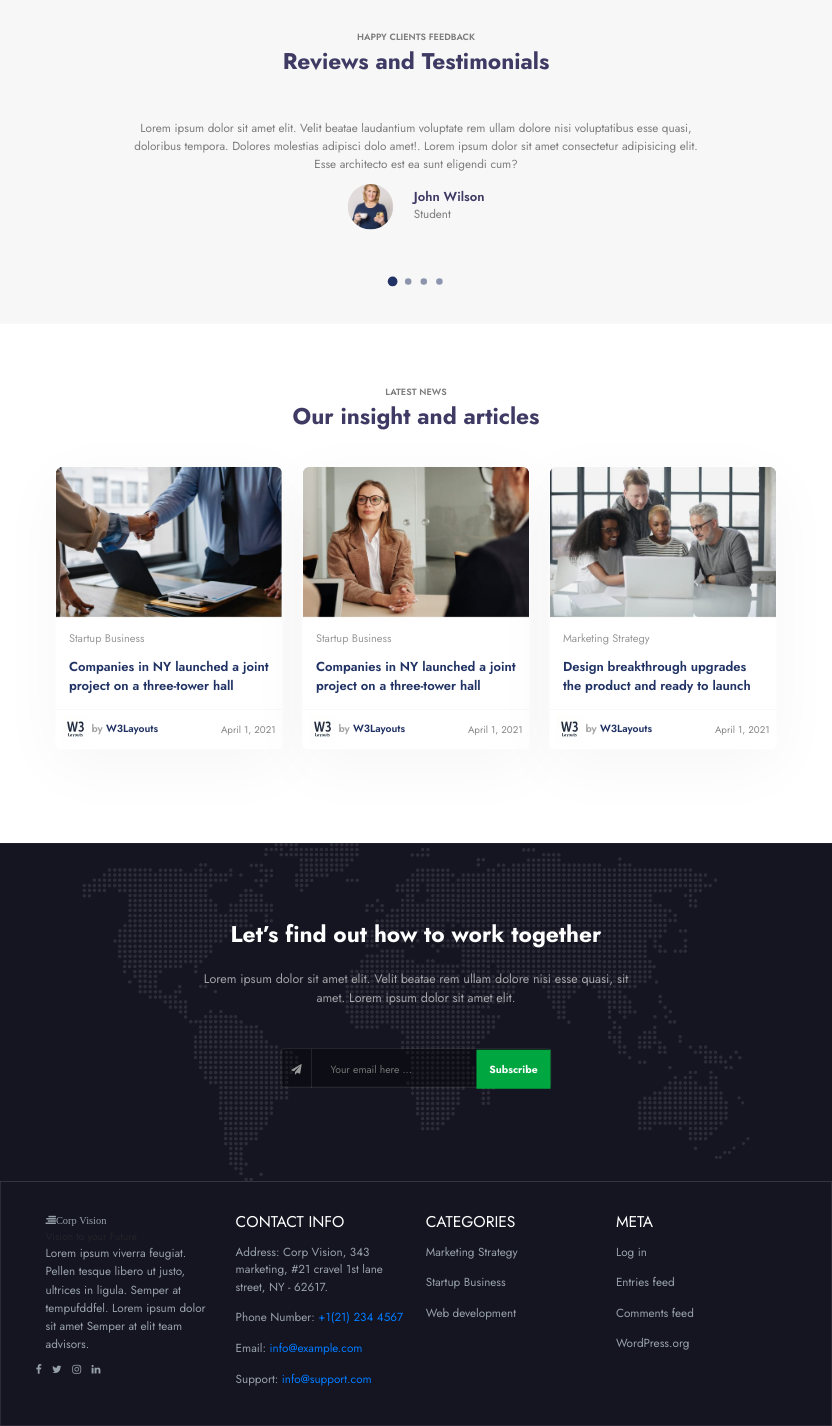
Repository: khaipnp/corpvision
Page: index.html
An editor plug-in stored every save of this project. The page is shown before and after the next save, followed by the edit.
The browser window is 1280 px wide. The pictures show the whole page, at 65% of full size.

Above is the page before, as saved 2021-07-04 13:27:50.

### index.html
<!DOCTYPE html>
<html lang="en">
  <head>
    <meta charset="UTF-8" />
    <meta http-equiv="X-UA-Compatible" content="IE=edge" />
    <meta name="viewport" content="width=device-width, initial-scale=1.0" />
    <title>Corpvision</title>
    <meta name="description" content="Corpvision Website" />
    <!-- FONT-GOOGLE -->
    <link rel="preconnect" href="https://fonts.gstatic.com" />
    <link
      href="https://fonts.googleapis.com/css2?family=Jost:ital,wght@0,100;0,200;0,300;0,400;0,500;0,600;0,700;0,800;0,900;1,400&display=swap"
      rel="stylesheet"
    />
    <!-- FONT-AWSOME -->
    <link
      rel="stylesheet"
      href="https://cdnjs.cloudflare.com/ajax/libs/font-awesome/5.15.3/css/all.min.css"
      integrity="sha512-iBBXm8fW90+nuLcSKlbmrPcLa0OT92xO1BIsZ+ywDWZCvqsWgccV3gFoRBv0z+8dLJgyAHIhR35VZc2oM/gI1w=="
      crossorigin="anonymous"
      referrerpolicy="no-referrer"
    />
    <link rel="stylesheet" href="./css/font-awesome.min.css" />
    <!-- OWL CAROUSEL -->
    <link
      rel="stylesheet"
      href="https://cdnjs.cloudflare.com/ajax/libs/OwlCarousel2/2.3.4/assets/owl.carousel.min.css"
      integrity="sha512-tS3S5qG0BlhnQROyJXvNjeEM4UpMXHrQfTGmbQ1gKmelCxlSEBUaxhRBj/EFTzpbP4RVSrpEikbmdJobCvhE3g=="
      crossorigin="anonymous"
      referrerpolicy="no-referrer"
    />
    <link
      rel="stylesheet"
      href="https://cdnjs.cloudflare.com/ajax/libs/OwlCarousel2/2.3.4/assets/owl.theme.default.css"
      integrity="sha512-OTcub78R3msOCtY3Tc6FzeDJ8N9qvQn1Ph49ou13xgA9VsH9+LRxoFU6EqLhW4+PKRfU+/HReXmSZXHEkpYoOA=="
      crossorigin="anonymous"
      referrerpolicy="no-referrer"
    />
    <!-- BOOTSTRAP -->
    <link
      rel="stylesheet"
      href="https://cdn.jsdelivr.net/npm/bootstrap@4.6.0/dist/css/bootstrap.min.css"
      integrity="sha384-B0vP5xmATw1+K9KRQjQERJvTumQW0nPEzvF6L/Z6nronJ3oUOFUFpCjEUQouq2+l"
      crossorigin="anonymous"
    />
    <!-- MAIN CSS -->
    <link rel="stylesheet" href="./css/main.css" />
  </head>
  <body>
    <header></header>
    <section class="feedback">
      <div class="feedback__content py-5">
        <div class="container">
          <h5 class="small-title col-12 text-center">Happy clients Feedback</h5>
          <h3 class="big-title col-12 text-center">Reviews and Testimonials</h3>
          <div class="testimonials owl-carousel owl-theme">
            <div class="testimonials__item">
              <p class="text-center col-12">
                Lorem ipsum dolor sit amet elit. Velit beatae laudantium
                voluptate rem ullam dolore nisi voluptatibus esse quasi,
                doloribus tempora. Dolores molestias adipisci dolo amet!. Lorem
                ipsum dolor sit amet consectetur adipisicing elit. Esse
                architecto est ea sunt eligendi cum?
              </p>
              <div
                class="
                  testimonials__desc
                  row
                  align-items-center
                  justify-content-center
                "
              >
                <div class="avatar mr-3">
                  <img src="./img/team1.jpg" alt="team 1" />
                </div>
                <div class="name ml-3">
                  <h3>John Wilson</h3>
                  <p>Student</p>
                </div>
              </div>
            </div>
            <div class="testimonials__item">
              <p class="text-center col-12">
                Lorem ipsum dolor sit amet elit. Velit beatae laudantium
                voluptate rem ullam dolore nisi voluptatibus esse quasi,
                doloribus tempora. Dolores molestias adipisci dolo amet!. Lorem
                ipsum dolor sit amet consectetur adipisicing elit. Esse
                architecto est ea sunt eligendi cum?
              </p>
              <div
                class="
                  testimonials__desc
                  row
                  align-items-center
                  justify-content-center
                "
              >
                <div class="avatar mr-3">
                  <img src="./img/team2.jpg" alt="team 2" />
                </div>
                <div class="name ml-3">
                  <h3>Julia Sakura</h3>
                  <p>Student</p>
                </div>
              </div>
            </div>
            <div class="testimonials__item">
              <p class="text-center col-12">
                Lorem ipsum dolor sit amet elit. Velit beatae laudantium
                voluptate rem ullam dolore nisi voluptatibus esse quasi,
                doloribus tempora. Dolores molestias adipisci dolo amet!. Lorem
                ipsum dolor sit amet consectetur adipisicing elit. Esse
                architecto est ea sunt eligendi cum?
              </p>
              <div
                class="
                  testimonials__desc
                  row
                  align-items-center
                  justify-content-center
                "
              >
                <div class="avatar mr-3">
                  <img src="./img/team3.jpg" alt="team 3" />
                </div>
                <div class="name ml-3">
                  <h3>Roy Linderson</h3>
                  <p>Student</p>
                </div>
              </div>
            </div>
            <div class="testimonials__item">
              <p class="text-center col-12">
                Lorem ipsum dolor sit amet elit. Velit beatae laudantium
                voluptate rem ullam dolore nisi voluptatibus esse quasi,
                doloribus tempora. Dolores molestias adipisci dolo amet!. Lorem
                ipsum dolor sit amet consectetur adipisicing elit. Esse
                architecto est ea sunt eligendi cum?
              </p>
              <div
                class="
                  testimonials__desc
                  row
                  align-items-center
                  justify-content-center
                "
              >
                <div class="avatar mr-3">
                  <img src="./img/team4.jpg" alt="team 4" />
                </div>
                <div class="name ml-3">
                  <h3>Smith Johnson</h3>
                  <p>Student</p>
                </div>
              </div>
            </div>
          </div>
        </div>
      </div>
    </section>
    <section class="news py-5">
      <div class="news__content py-5">
        <div class="container">
          <h5 class="small-title col-12 text-center">LATEST NEWS</h5>
          <h3 class="big-title col-12 text-center">Our insight and articles</h3>
          <div class="row py-5">
            <div class="news__item col-md-6 col-lg-4">
              <div class="news__card">
                <div class="card__thumbnail p-0 position-relative">
                  <img src="./img/blog1.jpg" alt="blog 1" />
                </div>
                <div class="card__content">
                  <p>Startup Business</p>
                  <a href="#">Companies in NY launched a joint project on a three-tower
                    hall</a>
                </div>
                <div class="card__footer">
                  <span><img src="./img/icon.jpeg" alt="" /> by <a href="#">W3Layouts</a></span>
                  <p>April 1, 2021</p>
                </div>
              </div>
            </div>
            <div class="news__item col-md-6 col-lg-4">
              <div class="news__card">
                <div class="card__thumbnail p-0 position-relative">
                  <img src="./img/blog2.jpg" alt="blog 1" />
                </div>
                <div class="card__content">
                  <p>Startup Business</p>
                  <a href="#">Companies in NY launched a joint project on a three-tower
                    hall</a>
                </div>
                <div class="card__footer">
                  <span><img src="./img/icon.jpeg" alt="" /> by <a href="#">W3Layouts</a></span>
                  <p>April 1, 2021</p>
                </div>
              </div>
            </div>
            <div class="news__item col-md-6 col-lg-4">
              <div class="news__card">
                <div class="card__thumbnail p-0 position-relative">
                  <img src="./img/blog3.jpg" alt="blog 1" />
                </div>
                <div class="card__content">
                  <p>Marketing Strategy</p>
                  <a href="#">Design breakthrough upgrades the product and ready to launch</a>
                </div>
                <div class="card__footer">
                  <span><img src="./img/icon.jpeg" alt="" /> by <a href="#">W3Layouts</a></span>
                  <p>April 1, 2021</p>
                </div>
              </div>
            </div>
          </div>
        </div>
      </div>
    </section>
    <div class="subscribe py-5">
      <div class="container">
        <div class="sub__box my-5 mx-auto align-items-center justify-content-center">
          <h3 class="big-title py-4 col-12 text-center">Let’s find out how to work together<h3>
          <p class="col-12 text-center">Lorem ipsum dolor sit amet elit. Velit beatae rem ullam dolore nisi esse quasi, sit amet. Lorem ipsum dolor sit amet elit.</p>
          <div class="input__email justify-content-center py-5">
            <form>
              <i class="fa fa-paper-plane"></i>
              <input type="email" placeholder="Your email here ...">
              <button>Subscribe</button>
            </form>
          </div>
        </div>
      </div>
    </div>
    <footer>
      <div class="footer__info container py-5 px-0">
        <div class="row">
          <div class="footer__content col-md-3 col-sm-12">
            <i class="fa fa-align-right">Corp Vision</i>
            <div class="slogan">Vision to your Future</div>
            <p>Lorem ipsum viverra feugiat. Pellen tesque libero ut justo, ultrices in ligula. Semper at tempufddfel. Lorem ipsum dolor sit amet Semper at elit team advisors.</p>
            <div class="social__network row justify-content-start">
              <i class="fa fa-facebook"></i>
              <i class="fa fa-twitter pl-3"></i>
              <i class="fa fa-instagram pl-3"></i>
              <i class="fa fa-linkedin pl-3"></i>
            </div>
          </div>
          <div class="footer__content col-md-3 col-sm-12">
            <h4>CONTACT INFO</h4>
            <ul class="list-group list-group-flush">
              <li class="list-group-item">Address: Corp Vision, 343 marketing, #21 cravel 1st lane street, NY - 62617.</li>
              <li class="list-group-item">Phone Number: <a href="tel:+1212344567">+1(21) 234 4567</a></li>
              <li class="list-group-item">Email: <a href="mailto:">info@example.com</a></li>
              <li class="list-group-item">Support: <a href="mailto:">info@support.com</a></li>
            </ul>
          </div>
          <div class="footer__content col-sm-6 col-md-3">
            <h4>CATEGORIES</h4>
            <ul class="list-group list-group-flush">
              <li class="list-group-item">Marketing Strategy</li>
              <li class="list-group-item">Startup Business</li>
              <li class="list-group-item">Web development</li>
            </ul>
          </div>
          <div class="footer__content col-sm-6 col-md-3">
            <h4>META</h4>
            <ul class="list-group list-group-flush">
              <li class="list-group-item">Log in</li>
              <li class="list-group-item">Entries feed</li>
              <li class="list-group-item">Comments feed</li>
              <li class="list-group-item">WordPress.org</li>
            </ul>
          </div>
        </div>
      </div>
    </footer>
    <!-- SCRIPT -->
    <!-- BOOTSTRAP -->
    <script
      src="https://cdnjs.cloudflare.com/ajax/libs/jquery/3.6.0/jquery.js"
      integrity="sha512-n/4gHW3atM3QqRcbCn6ewmpxcLAHGaDjpEBu4xZd47N0W2oQ+6q7oc3PXstrJYXcbNU1OHdQ1T7pAP+gi5Yu8g=="
      crossorigin="anonymous"
      referrerpolicy="no-referrer"
    ></script>
    <script
      src="https://cdn.jsdelivr.net/npm/bootstrap@4.6.0/dist/js/bootstrap.bundle.min.js"
      integrity="sha384-Piv4xVNRyMGpqkS2by6br4gNJ7DXjqk09RmUpJ8jgGtD7zP9yug3goQfGII0yAns"
      crossorigin="anonymous"
    ></script>
    <!-- OWL CAROUSEL -->
    <script src="./js/owl.carousel.min.js"></script>
    <script>
      $(document).ready(function () {
        $(".owl-carousel").owlCarousel({
          navigation: false,
          slideSpeed: 300,
          paginationSpeed: 400,
          singleItem: true,
          items: 1,
          // itemsDesktop : false,
          // itemsDesktopSmall : false,
          // itemsTablet: false,
          // itemsMobile : false
        });
      });
    </script>
  </body>
</html>

### css/main.css
* {
  padding: 0;
  margin: 0;
  box-sizing: border-box;
}

html,
body {
  font-family: "Jost", sans-serif;
  background: #fff;
}

.small-title {
  color: #7e7d7d;
  font-size: 14px;
  font-weight: 600;
  text-transform: uppercase;
}

.big-title {
  color: #3f3a64;
  font-size: 35px;
  font-weight: 700;
}

/* FEEDBACK */
.feedback {
  background-color: #f7f7f7;
}

.testimonials__item {
  margin: 60px auto;
  display: block;
  max-width: 900px;
  height: auto;
}

.testimonials__item p {
  color: #7e7d7d;
  font-size: 18px;
  line-height: 28px;
}

.testimonials__desc .avatar {
  width: 70px;
  height: 70px;
  overflow: hidden;
  border-radius: 50%;
}

.testimonials__desc .avatar img {
  width: 100%;
  height: 100%;
  object-fit: cover;
}

.name h3 {
  font-size: 20px;
  margin: 0;
  font-weight: 600;
  color: #3f3a64;
}
.name p {
  font-style: normal;
  margin-bottom: 0;
}

.owl-theme .owl-dots .owl-dot.active span,
.owl-theme .owl-dots .owl-dot span {
  background: rgba(33, 51, 100, 0.5);
  transform: scale(1);
  transition: all 0.5s;
}

.owl-theme .owl-dots .owl-dot.active span,
.owl-theme .owl-dots .owl-dot:hover span {
  background: #213364 !important;
  transform: scale(1.5);
}

/* NEWS */
.news__card {
  background-color: #fff;
  box-shadow: 0 25px 98px 0 rgb(0 0 0 / 4%);
  border: 1px solid transparent;
  border-radius: 10px;
}

.card__thumbnail {
  overflow: hidden;
  border-radius: 10px 10px 0 0;
}

.card__thumbnail img {
  width: 100%;
  border-radius: 10px 10px 0 0;
  object-fit: cover;
  cursor: pointer;
  transition: all 0.5s;
}

.card__thumbnail img:hover {
  transform: scale(1.15);
}

.card__content {
  padding: 20px;
}

.card__content p {
  color: #999;
  font-size: 17px;
  font-weight: 400;
}

.card__content a {
  text-decoration: none;
  color: #213364;
  font-size: 20px;
  font-weight: 600;
  transition: all 0.5s;
  cursor: pointer;
}

.card__content a:hover {
  color: #00a63f;
}

.card__footer {
  display: flex;
  justify-content: space-between;
  align-items: center;
  border-top: 1px solid rgba(126, 125, 125, 0.1);
  padding: 10px;
}

.card__footer a {
  color: #213364;
  font-size: 1rem;
  font-weight: 600;
  cursor: pointer;
  transition: all 0.5s;
  text-decoration: none;
}

.card__footer a:hover {
  color: #00a63f;
}

.card__footer img {
  cursor: pointer;
}

.card__footer span {
  color: rgb(102, 102, 102, 0.6);
  font-weight: 600;
}

.card__footer p {
  margin-bottom: 0;
  font-size: 15px;
  color: rgb(102, 102, 102, 0.8);
}

/* SUBCRIBE */
.subscribe {
  background-image: url(../img/map.png);
  background-color: #151421;
  background-size: contain;
  background-repeat: no-repeat;
  background-position: center;
}

.sub__box {
  max-width: 700px;
}

.sub__box .big-title {
  color: #fff;
}

.sub__box p {
  font-size: 1.2rem;
  color: rgba(255, 255, 255, 0.6);
  line-height: 1.5;
  font-weight: 400;
}

.input__email {
  display: flex;
}

.input__email form {
  border: 1px solid rgb(255, 255, 255, 0.15);
  border-radius: 5px;
  height: 60px;
  background: rgb(0, 0, 0, 0.35);
  max-width: 550px;
}

.input__email input {
  color: #999;
  padding: 20px 20px;
  border: none;
  font-size: 1rem;
  outline: none;
  background: none;
}

.input__email button {
  background-color: #00a63f;
  color: #fff;
  height: 60px;
  padding: 0 20px;
  border: none;
  font-size: 1rem;
  font-weight: 700;
  line-height: 60px;
  text-align: center;
}

.input__email i {
  text-align: center;
  color: #999;
  font-size: 1rem;
  border-right: 1px solid rgb(255, 255, 255, 0.15);
  line-height: 60px;
  padding: 0 15px;
}

/* FOOTER */

footer {
  background-color: #151421;
  border: 1px solid rgb(255, 255, 255, 0.15);
}

.footer__content p {
  color: #97a1a9;
  font-size: 18px;
  line-height: 28px;
}

.footer__content a {
  text-decoration: none !important;
}

.footer__content i {
  color: #97a1a9;
}

.footer__content h4 {
  color: #fefefe;
  font-weight: normal;
}

.footer__content .list-group-item {
  background-color: transparent !important;
  color: #97a1a9;
  border: none !important;
  font-size: 18px;
  padding: 10px 0 !important;
}

Loaded but not shown: css/font-awesome.min.css (library); js/owl.carousel.min.js (library)

After the next save:
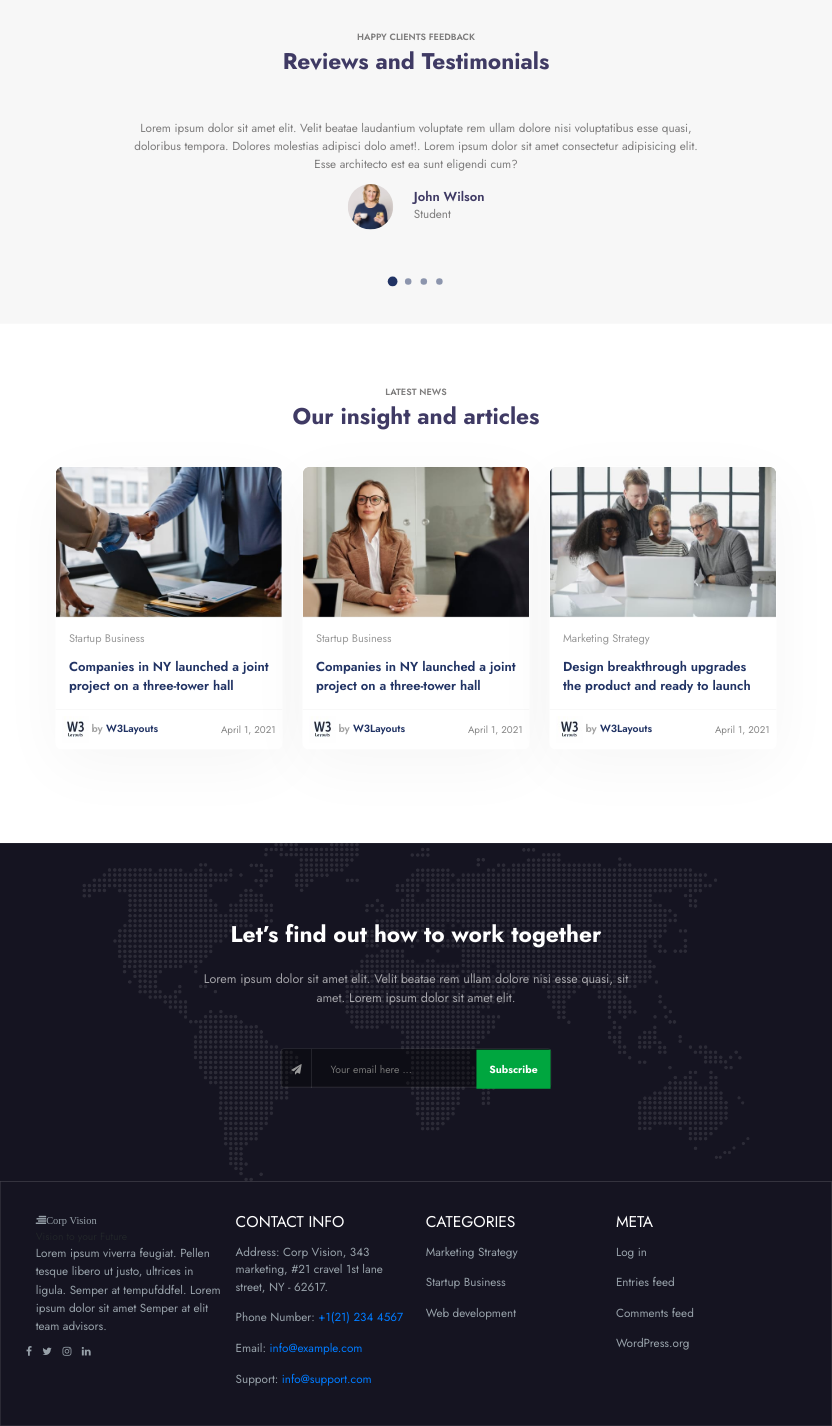
Saved 22 s later.
--- a/index.html
+++ b/index.html
@@ -233,7 +233,7 @@
     <footer>
       <div class="footer__info container py-5 px-0">
         <div class="row">
-          <div class="footer__content col-md-3 col-sm-12">
+          <div class="footer__content col-md-3 col-sm-12 px-0">
             <i class="fa fa-align-right">Corp Vision</i>
             <div class="slogan">Vision to your Future</div>
             <p>Lorem ipsum viverra feugiat. Pellen tesque libero ut justo, ultrices in ligula. Semper at tempufddfel. Lorem ipsum dolor sit amet Semper at elit team advisors.</p>
